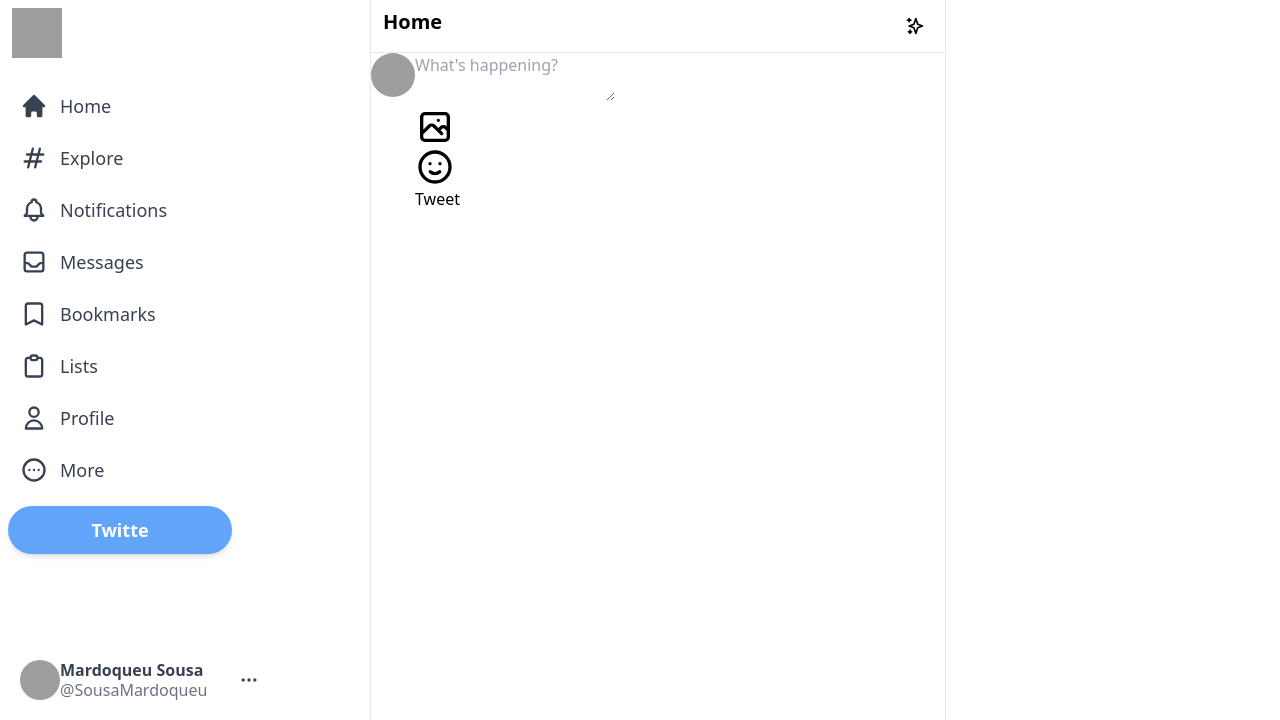
Repository: Mardoqueu/twitter
Page: /
An editor plug-in stored every save of this project. The page is shown before and after the next save, followed by the edit.
The browser window is 1280 px wide. The pictures show the whole page.
Pictures or frames that could not be fetched are drawn as grey boxes. The project was rebuilt for these pictures with package versions that can differ from the ones it lists, and the page was loaded fresh each time. The framework's server and built-in components were replaced by stand-ins that run in the browser. Also part of the build but not shown: next.config.js.

Above is the page before, as saved 2022-09-02 08:05:47.

After the next save:
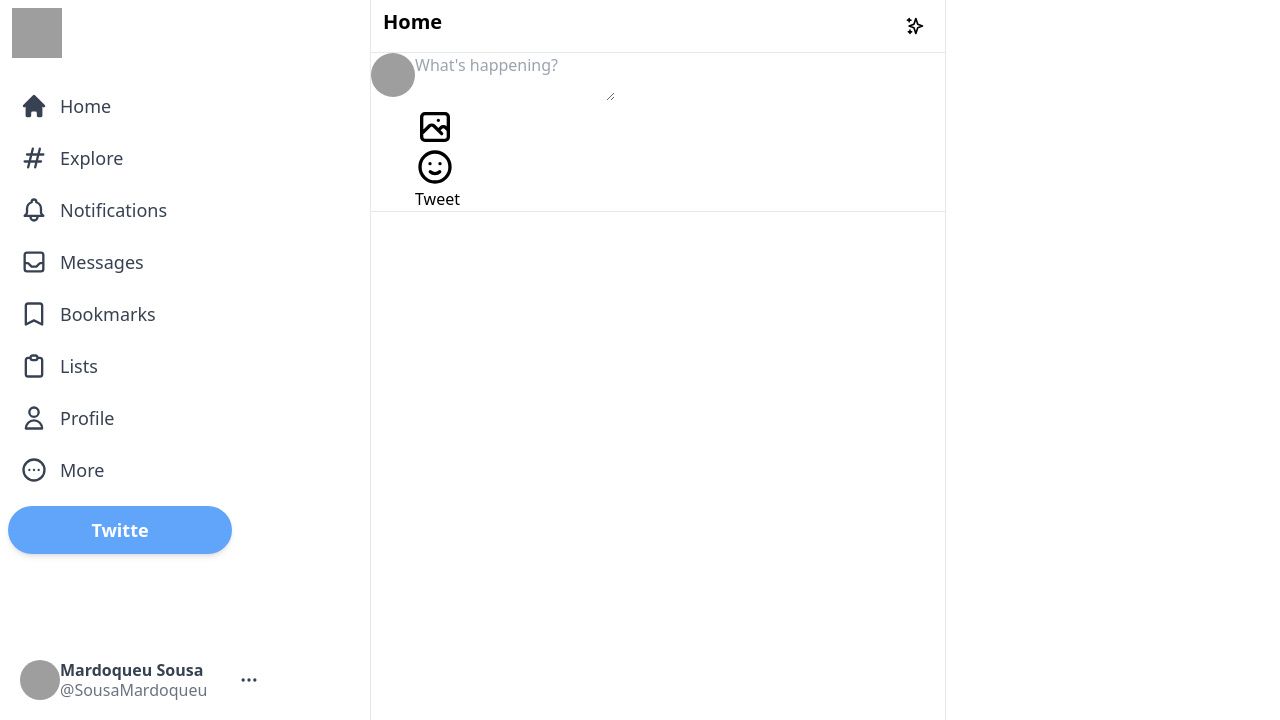
Saved 14 s later.
--- a/components/Input.js
+++ b/components/Input.js
@@ -2,7 +2,7 @@
 
 export default function Input() {
   return (
-    <div className="flex">
+    <div className="flex border-b">
         <img src="https://media-exp1.licdn.com/dms/image/C4E03AQF1Icbg9ibKSQ/profile-displayphoto-shrink_800_800/0/1656524327808?e=1667433600&v=beta&t=zLj1VuO7UnlyGXgtGnCIGGm6Xel0rldXOa9ES50GV3c"
         alt="user-img"
         className="h-11 w-11 rounded-full cursor-pointer hover:brightness-95"/>
